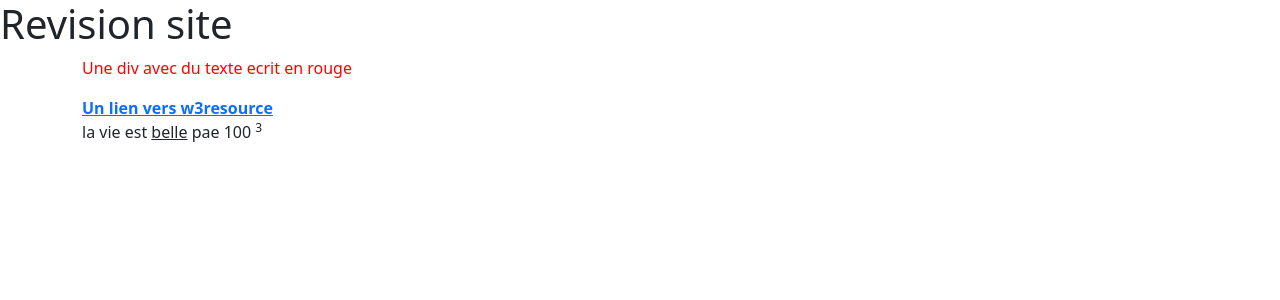
Repository: Elie-Dey/boot-start
Page: index.html
These files come from the project's save history. The page is drawn as it stood at one moment and after the next save; the edit follows.
The browser window is 1280 px wide. The pictures show the whole page.

Above is the page before, as saved 2021-08-18 23:24:43.

### index.html
<!DOCTYPE html>
<html lang="en">
  <head>
    <meta charset="UTF-8" />
    <meta http-equiv="X-UA-Compatible" content="IE=edge" />
    <meta name="viewport" content="width=device-width, initial-scale=1.0" />
    <link rel="stylesheet" href="style.css" />
    <link
      href="https://cdn.jsdelivr.net/npm/bootstrap@5.1.0/dist/css/bootstrap.min.css"
      rel="stylesheet"
      integrity="sha384-KyZXEAg3QhqLMpG8r+8fhAXLRk2vvoC2f3B09zVXn8CA5QIVfZOJ3BCsw2P0p/We"
      crossorigin="anonymous"
    />
    <title>Revision html</title>
  </head>
  <body>
    <header><h1>Revision site</h1></header>
    <div class="container">
      <div><p style="color: red">Une div avec du texte ecrit en rouge</p></div>

      <a href="https://www.w3resource.com/html5/article-tutorial.php">
        Un lien vers w3resource</a
      >

      <p>la vie est <ins>belle</ins> pae 100 <sup>3</sup></p>
    </div>

    <script
      src="https://cdn.jsdelivr.net/npm/bootstrap@5.1.0/dist/js/bootstrap.bundle.min.js"
      integrity="sha384-U1DAWAznBHeqEIlVSCgzq+c9gqGAJn5c/t99JyeKa9xxaYpSvHU5awsuZVVFIhvj"
      crossorigin="anonymous"
    ></script>
  </body>
</html>

### style.css
body {
  background-color: coral;
}
a {
  font-weight: bold;
}

After the next save:
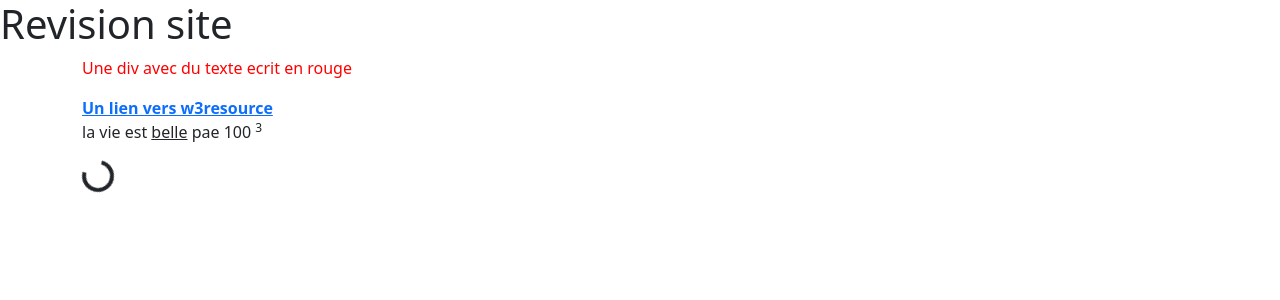
Saved 2 min 6 s later.
--- a/index.html
+++ b/index.html
@@ -23,6 +23,9 @@
       >
 
       <p>la vie est <ins>belle</ins> pae 100 <sup>3</sup></p>
+      <div class="spinner-border" role="status">
+        <span class="visually-hidden">Loading...</span>
+      </div>
     </div>
 
     <script
